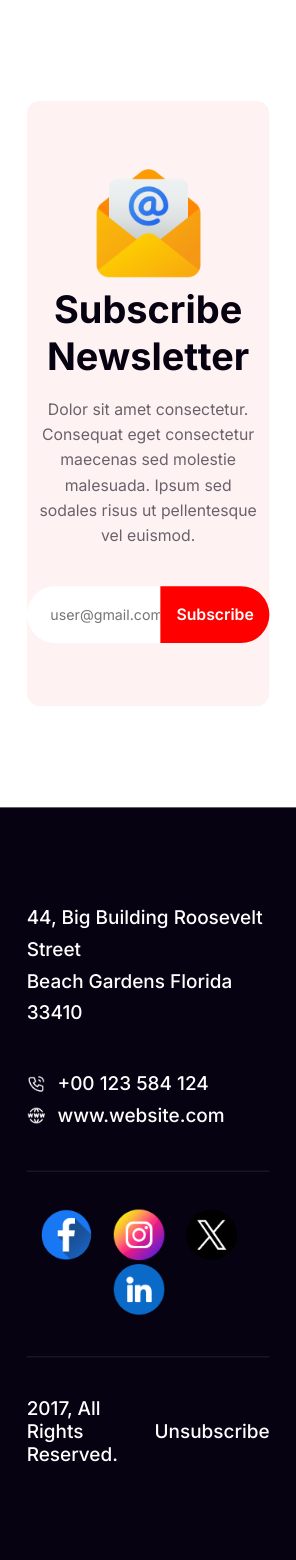
Repository: ShouravAhammed/simple-responsive-new-year
Page: index.html
An editor plug-in stored every save of this project. The page is shown before and after the next save, followed by the edit.
The browser window is 375 px wide. The pictures show the whole page, at 79% of full size.

Above is the page before, as saved 2024-01-11 15:27:16.

### index.html
<!DOCTYPE html>
<html lang="en">
<head>
    <meta charset="UTF-8">
    <meta name="viewport" content="width=device-width, initial-scale=1.0">
    <!-- Title  -->
    <title>New Year 2024</title>
    <!-- favicon icon linked -->
    <link rel="shortcut icon" href="images/New Year Photo.png" type="image/x-icon">
    <!-- style css linked-->
    <link rel="stylesheet" href="Style/style.css">
</head>
<body>
    <!-- header part  -->
    <header class="hide">
        <!-- banner section part -->
        <section id="banner">
            <div class="container">
                <div class="banner-container">
                    <div class="banner-content">
                        <h3 class="celebration">Happy New Year</h3>
                        <h2 class="banner-title">New Year Party Celebration</h2>
                    </div>
                </div>
            </div>
        </section>
    </header>
    <!-- main part -->
    <main>
        <!-- categories section part  -->
            <section id="categories " class="hide">
                <div class="container">
                    <div class="categories-container">
                        <h2 class="categories-discount">65% OFF</h2>
                        <p class="primary-summery">OUR HOLIDAY DEALS ARE BETTER</p>
                        <h3 class="categories-title">ALL CATEGORIES</h3>
                        <div class="categories-img">
                            <img id="new-year-img" src="images/New Year Photo.png" alt="Happy New Year">
                        </div>
                    </div>
                </div>
            </section>

            <!-- party-banner section part -->
            <section id="party-banner" class="hide">
                <div class="container">
                    <div class="party-container">
                        <div class="party-content">
                            <h2 class="party-title">Welcome to midnight party</h2>
                            <p class="party-description">Dolor sit amet consectetur. Consequat eget consectetur maecenas sed molestie malesuada. Ipsum sed sodales risus ut pellentesque vel euismod. </p>
                            <button id="join-now-btn">JOIN NOW</button>
                        </div>
                        <img class="party-img" src="images/icon/Group 70.png" alt="party-img">
                    </div>
                </div>
            </section>
            <!-- Announce section part -->
            <section id="announce" class="hide">
                <div class="container">
                    <div class="announce-content">
                        <h4 class="announce-title"><span class="title-color">Place:</span> New Park Hotel</h4>
                        <h4 class="announce-title"><span class="title-color">Date:</span> 31 December Night 2023</h4>
                        <h4 class="announce-title"><span class="title-color">Time:</span> Evening 7.30 pm to 12.30 am</h4>
                        <button class="announce-btn">Join Now</button>
                    </div>
                </div>
            </section>
            <!-- best offer section part -->
            <section id="best-offer" class="hide">
                <div class="container">
                    <div class="best-offer-container">
                        <div class="best-offer-content">
                            <p class="primary-summery">NEW BEST OFFER</p>
                            <h3 class="similer-title">Coming Soon</h3>
                            <p class="similer-description">Dolor sit amet consectetur. Consequat eget consectetur maecenas sed molestie malesuada. Ipsum sed sodales risus ut pellentesque vel euismod. </p>
                        </div>
                        <div class="best-offer-img-content">

                                <img class="best-offer-img" src="images/Ellipse 1.png" alt="best-offer-images">

                        </div>
                        <div class="best-offer-year-content">
                            <h3 class="best-offer-year">2024</h3>
                            <p class="best-offer-description">Dolor sit amet consectetur. Consequat eget consectetur maecenas sed.</p>
                            <img class="best-offer-year-img" src="images/icon/Group 96.png" alt="best-offer-year-img">
                        </div>
                    </div>
                </div>
            </section>
            <!-- holiday section part  -->
            <section id="holiday" class="hide">
                <div class="container">
                    <div class="holiday-container">
                        <div class="holiday-content">
                            <p class="primary-summery">WHAT IS FUNCTIONAL</p>
                        <h3 class="similer-title"><span class="title-color">Holidays</span> Sale 50%</h3>
                        <p class="similer-description">Dolor sit amet consectetur. Consequat eget consectetur maecenas sed molestie malesuada. Ipsum sed
                            sodales risus ut pellentesque vel euismod. Eleifend nunc purus quam id
                            fermentum amet amet sit consectetur.</p>
                        </div>
                        <div class="holiday-back-img">
                            <div class="holiday-gift-content">
                                <img src="images/icon/Group 75.png" alt="">
                            </div>
                            <div class="holiday-discount-content">
                                <img src="images/icon/Group 44.png" alt="">
                            </div>
                        </div>
                        <div class="holiday-bottom">
                            <img src="images/Rectangle 2.png" alt="">
                        </div>
                    </div>
                </div>
            </section>
            <!-- Portfolio section part -->

            <section id="portfolio" class="hide">
                <div class="container">
                    <div class="portfolio-container">
                        <div class="portfolio-box">
                            <p class="primary-summery">THE BEST GIFTS</p>
                            <h3 class="similer-title">Our Awesome Portfolio</h3>
                            <p class="similer-description description-padd">Dolor sit amet consectetur. Consequat eget consectetur maecenas sed molestie malesuada. Ipsum sed sodales risus ut pellentesque vel euismod. </p>
                        </div>
                            <div class="portfolio-content">
                                <img class="portfolio-img" src="images/Portfolio images/Rectangle 3.png" alt="">
                                <img class="portfolio-img" src="images/Portfolio images/Rectangle 4.png" alt="">
                                <img class="portfolio-img" src="images/Portfolio images/Rectangle 5.png" alt="">
                            </div>
                            <div class="portfolio-content">
                                <img class="portfolio-img" src="images/Portfolio images/Rectangle 6.png" alt="">
                                <img class="portfolio-img" src="images/Portfolio images/Rectangle 7.png" alt="">
                                <img class="portfolio-img" src="images/Portfolio images/Rectangle 8.png" alt="">
                            </div>
                        </div>
                    </div>
            </section>
            <!-- newsletter section part -->
            <section id="newsletter">
                <div class="container">
                    <div class="news-container">
                        <div class="news-content">
                            <img src="images/icon/Group 61.png" alt="">
                            <h3 class="similer-title">Subscribe Newsletter</h3>
                            <p class="similer-description description-mar">Dolor sit amet consectetur. Consequat eget consectetur maecenas sed molestie malesuada. Ipsum sed sodales risus ut pellentesque vel euismod. </p>
                            <form class="form" action="">
                                <input type="email" placeholder="user@gmail.com" alt="email" id="">
                                <button class="subscribe-btn">Subscribe</button>
                            </form>
                        </div>

                    </div>
                </div>
            </section>
    </main>
    <!--  footer part -->
    <footer>
        <section id="footer">
            <div class="container">
                <div class="footer-describe-part line-color">
                    <div class="footer-address">
                        <p class="address-similer">44, Big Building Roosevelt Street</p>
                        <p class="address-similer">Beach Gardens Florida 33410</p>
                    </div>
                    <div class="footer-address">
                        <div class="call-icon">
                            <img src="images/icon/Call.png" alt="">
                            <a class="address-similer">+00 123 584 124</a>
                        </div>
                        <div class="website-icon">
                            <img src="images/icon/Website.png" alt="">
                            <a class="address-similer">www.website.com</a>
                        </div>
                    </div>
                </div>

                <div class="footer-social line-color">
                    <a href=""><img src="images/icon/Facebook.png" alt=""></a>
                    <a href=""><img src="images/icon/Instagram.png" alt=""></a>
                    <a href=""><img src="images/icon/Twitter.png" alt=""></a>
                    <a href=""><img src="images/icon/Linkedin.png" alt=""></a>
                </div>

                <div class="reserved">
                    <p>2017, All Rights Reserved.</p>
                    <p>Unsubscribe</p>
                </div>
            </div>
        </section>
    </footer>
</body>
</html>

### Style/style.css
/* import google fonts */
@import url('https://fonts.googleapis.com/css2?family=Inter:wght@100;200;300;400;500;600;700;800;900&family=Merriweather:ital,wght@0,300;0,400;0,700;0,900;1,300;1,400;1,700;1,900&display=swap');

*{
    margin: 0;
    padding: 0;
    outline: 0;
}

.container{
    width: 82%;
    margin: 0 auto;
}
/* primary content */
.primary-summery{
    font-family: Inter;
    font-size: 24px;
    font-style: normal;
    font-weight: 500;
    color: #F00;
    line-height: normal;
}
/* title-color */
.title-color{
    color: #F00;
}
/* banner section related css style */
#banner{
    margin-top: 30px;
}
.banner-container{
    background-image: linear-gradient(180deg, #070211 0%, rgba(7, 2, 17, 0.00) 100%), url(../images/Banner\ Image.png);
    background-size: cover;
    background-repeat: no-repeat;
    background-position: center;
    border-radius: 16px;
    padding: 177px 0px;
}
.banner-container .banner-content{
    width: 632px;
    margin: 0 auto;
}
.banner-container .banner-content .celebration{
    color: #FFF;
    text-align: center;
    font-family: Merriweather;
    font-size: 32px;
    font-style: normal;
    font-weight: 400;
    line-height: normal;
    margin-bottom: 16px;
    z-index: 99;
}
.banner-container .banner-content .banner-title{
    color: #FFF;
    text-align: center;
    font-family: Merriweather;
    font-size: 72px;
    font-style: normal;
    font-weight: 900;
    line-height: 95px;
}
/* categories section related css style */

#categories{
    margin: 120px 0px;
}
.categories-container{
    text-align: center;
}
.categories-container .categories-discount{
    font-family: Inter;
    font-size: 88px;
    font-style: normal;
    font-weight: 700;
    color: #F00;
    line-height: normal;
    margin-bottom: 48px;
}

.categories-title{
    font-family: Inter;
    font-size: 48px;
    font-style: normal;
    font-weight: 700;
    color: #070211;
    line-height: normal;
    margin-bottom: 48px;
}
.categories-container .categories-img{
    width: 800px;
    margin: 0 auto;
}
.categories-img #new-year-img{
    max-width: 100%;
}

/* party-banner section css style  */
#party-banner{

}
.party-container{
    background-image: linear-gradient(90deg, #070211 0%, rgba(7, 2, 17, 0.00) 100%), url(../images/Vectorrr.png);
    background-position: center;
    background-repeat: no-repeat;
    background-size: cover;
    display: flex;
    align-items: center;
    justify-content: space-between;
    border-radius: 16px;
    padding: 70px 70px;
}
.party-container .party-content{
    width: 900px;
}
.party-content .party-title{
    font-family: Merriweather;
    font-size: 64px;
    font-style: normal;
    font-weight: 900;
    color: #FFF;
    line-height: 88px;
    letter-spacing: 3px;
}
.party-content .party-description{
    font-family: Inter;
    font-size: 18px;
    font-style: normal;
    font-weight: 400;
    color: rgba(255, 255, 255, 0.80);
    line-height: 30px;
    margin-top: 20px;
}
#join-now-btn{
    font-family: Inter;
    font-size: 20px;
    font-style: normal;
    font-weight: 700;
    color: #FFF;
    background: transparent;
    line-height: normal;
    text-transform: uppercase;
    border: none;
    cursor: pointer;
    margin-top: 48px;
    margin-left: 32px;
}
.party-container .party-img{
    width: 270px;
    max-width: 100%;
}

/* Announce section css style */

#announce{
    margin: 120px 0px;
}
.announce-content{
    background: linear-gradient(180deg, rgba(255, 0, 0, 0.10) 0%, rgba(255, 0, 0, 0.00) 100%);
    padding: 100px 0;
    text-align: center;
}
.announce-content .announce-title{
    color: #070211;
    font-family: Inter;
    font-size: 32px;
    font-style: normal;
    font-weight: 600;
    line-height: 56px;
    text-transform: capitalize;
}
.announce-btn{
    font-family: Inter;
    font-size: 20px;
    font-style: normal;
    font-weight: 700;
    line-height: normal;
    color: #FFF;
    text-align: center;
    text-transform: uppercase;
    border-radius: 8px;
    background: #F00;
    padding: 16px 32px;
    border: none;
    cursor: pointer;
    transition: all ease 0.5s;
    margin-top: 48px;
}
.announce-btn:hover{
    background: #fff;
    color: #f00;
    outline: 1px solid #F00;
}
/* best-offer section style css */
#best-offer{
    margin-bottom: 128px;
}
.similer-title{
    font-family: Inter;
    font-size: 48px;
    font-style: normal;
    font-weight: 700;
    color: #070211;
    line-height: normal;
}
.similer-description{
    font-family: Inter;
    font-size: 20px;
    font-style: normal;
    font-weight: 400;
    color: rgba(7, 2, 17, 0.60);
    line-height: 32px;
    margin-top: 22px;
}
.best-offer-container{
    display: flex;
    align-items: center;
    gap: 20px;
}
.best-offer-content{
    width: 700px;
}
.best-offer-img-content{
    min-height: 350px;
    min-width: 350px;
    border: 15px solid #f00;
    border-radius: 50%;
    position: relative;
    position: relative;
}
.best-offer-img-content .best-offer-img{
    position: absolute;
    width: 270px;
    inset: 41px;
}
.best-offer-year-content .best-offer-year{
    font-family: Inter;
    font-size: 48px;
    font-style: normal;
    font-weight: 700;
    color: #F00;
    line-height: normal;
    margin-top: 65px;
}
.best-offer-year-content .best-offer-description{
    margin-top: 10px !important;

}
.best-offer-year-content{
    width: 500px;
}
.best-offer-year-content .best-offer-year-img{
    max-width: 140px;
    margin-top: 38px;
}


/*  portfolio section css style */
.portfolio-container{

}
.portfolio-container .description-padd{
    margin-bottom: 48px ;
}
.portfolio-container .portfolio-content{
    display: flex;
    align-items: center;
    justify-content: space-between;
    margin-top: 20px;
}
.portfolio-box{
    width: 896px;
}
.portfolio-container .portfolio-content .portfolio-img{
    max-width: 355px;
    transition: all ease 0.5s;
}
.portfolio-content .portfolio-img:hover{
    filter: grayscale(1);
    transform: scale(1.05);
}
/* newsletter section css style  */
#newsletter{
    margin: 128px 0px;
}
.news-container{
    border-radius: 16px;
    background: rgba(255, 0, 0, 0.05);
    padding: 80px 0px;
}
.news-content{
    width: 896px;
    margin: 0 auto;
    text-align: center;
}
.news-content img{
    width: 150px;
    height: 150px;
}
.form{
    width: 648px;
    height: 72px;
    display: flex;
    margin: 0 auto;
}
.form input{
    background: #fff;
    width: 438px;
    flex-grow: 1;
    color: rgba(7, 2, 17, 0.30);
    font-family: Inter;
    font-size: 18px;
    font-style: normal;
    font-weight: 400;
    line-height: normal;
    padding-top: 25px;
    padding-bottom: 25px;
    padding-left: 30px;
    border: none;
    border-radius: 50px 0px 0px 50px;
    outline: 1px transparent;
    transition: all ease 0.5s;
}
.form input:hover{
    outline: 1px solid #f00;
}
.form .subscribe-btn{
    color: #FFF;
    font-family: Inter;
    font-size: 20px;
    font-style: normal;
    font-weight: 600;
    line-height: normal;
    text-transform: capitalize;
    border-radius: 0px 50px 50px 0px;
    background: #F00;
    padding: 24px 56px;
    border: none;
    transition: all ease 0.5s;
}
.form .subscribe-btn:hover{
    outline: 1px solid #f00;
    background: #fff;
    color: #f00;
}
.description-mar{
    margin-bottom: 48px;
}
/* footer section part css style */

#footer{
    background: #070211;
    padding: 120px 0;
}
.line-color{
    border-bottom: 1px solid rgba(255, 255, 255, 0.15);
}
.footer-describe-part{
    display: flex;
    justify-content: space-between;
}
.footer-address{
    margin-bottom: 50px;
}
.footer-address .address-similer {
    color: #FFF;
    font-family: Inter;
    font-size: 24px;
    font-style: normal;
    font-weight: 500;
    line-height: 40px;
    text-decoration: none;
    cursor: pointer;
}
.call-icon, .website-icon{
    display: flex;
    align-items: center;
}
.call-icon img, .website-icon img{
    width: 24px;
    margin-right: 15px;
}

.footer-social{
    text-align: center;
    padding: 48px 0;
}
.footer-social a{
    width: 64px;
    margin-right: 24px;
}
.footer-social a:hover{
    filter: grayscale(1);
}

.reserved{
    display: flex;
    justify-content: space-between;
    align-items: center;
    margin-top: 50px;
}
.reserved p{
    color: #FFF;
    font-family: Inter;
    font-size: 24px;
    font-style: normal;
    font-weight: 500;
    line-height: normal;
}



/* holiday section css style */
#holiday{
    margin-bottom: 128px;
}
.holiday-container{
    text-align: center;
}
.holiday-container .holiday-content{
    width: 920px;
    margin: 0 auto;
}
.holiday-back-img{
    display: flex;
    align-items: center;
    margin-top: 48px;
    background-image: url(../images/Rectangle\ 1.png);
    background-repeat: no-repeat;
    background-size: contain;
    height: 60vh;
    background-position: bottom right;
}
.holiday-back-img .holiday-gift-content {
    width: 600px;
    position: relative;
    bottom: -110px;
    left: 50px;
}
.holiday-back-img .holiday-gift-content img{
    max-width: 100%;
}
.holiday-back-img .holiday-discount-content{
    width: 250px;
}
.holiday-back-img .holiday-discount-content img{
    max-width: 100%;
}
.holiday-bottom img{
    width: 100%;
}


/* responsive */
.hide{
    display: none;
}
@media screen and (max-width: 576px){
    .news-content {
        width: 100%;
    }
    .similer-description {
        padding: 0px 10px;
    }
    .form, .form input {
        width:  100%;
    }
    .form .subscribe-btn {
        padding: 24px 20px;
    }
    .footer-describe-part {
        flex-direction: column;
    }
}

After the next save:
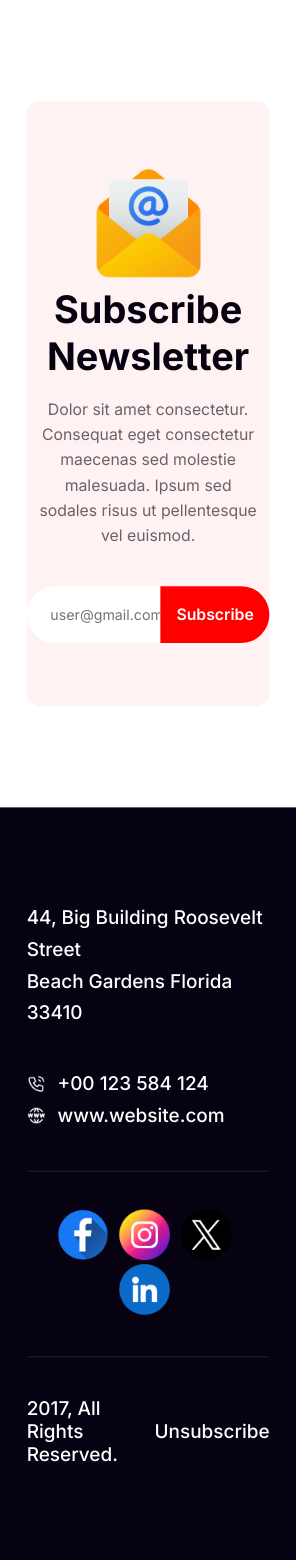
Saved 90 s later.
--- a/Style/style.css
+++ b/Style/style.css
@@ -471,4 +471,7 @@
     .footer-describe-part {
         flex-direction: column;
     }
-}
+    .footer-social a {
+        margin-right: 10px;
+    }
+}
